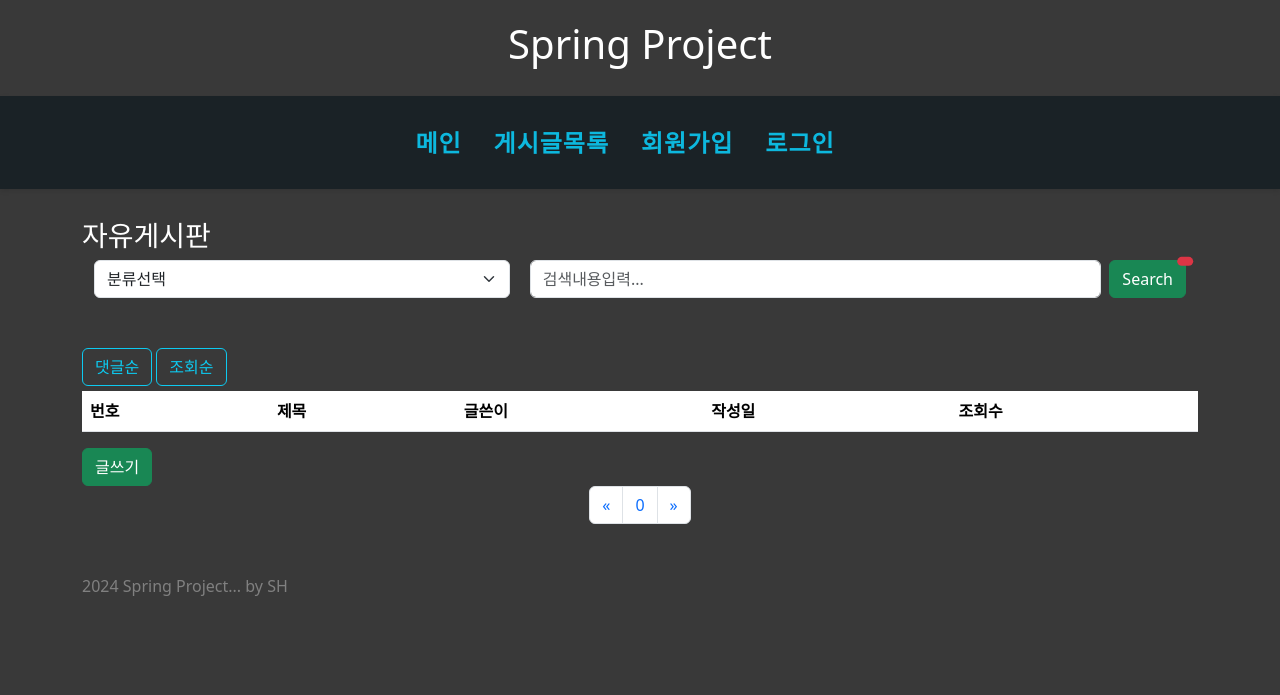
Repository: dtkd19/spring_personal_project
Page: http://localhost/myproject/WEB-INF/views/board/list.jsp
These files come from the project's save history. The page is drawn as it stood at one moment and after the next save; the edit follows.
The browser window is 1280 px wide. The pictures show the whole page.
The page is served by Tomcat 9. Nobody is signed in. The template is opened directly, without the code that normally fills it, so the values that code supplies are empty.

Above is the page before, as saved 2024-11-08 07:53:57.

After the next save:
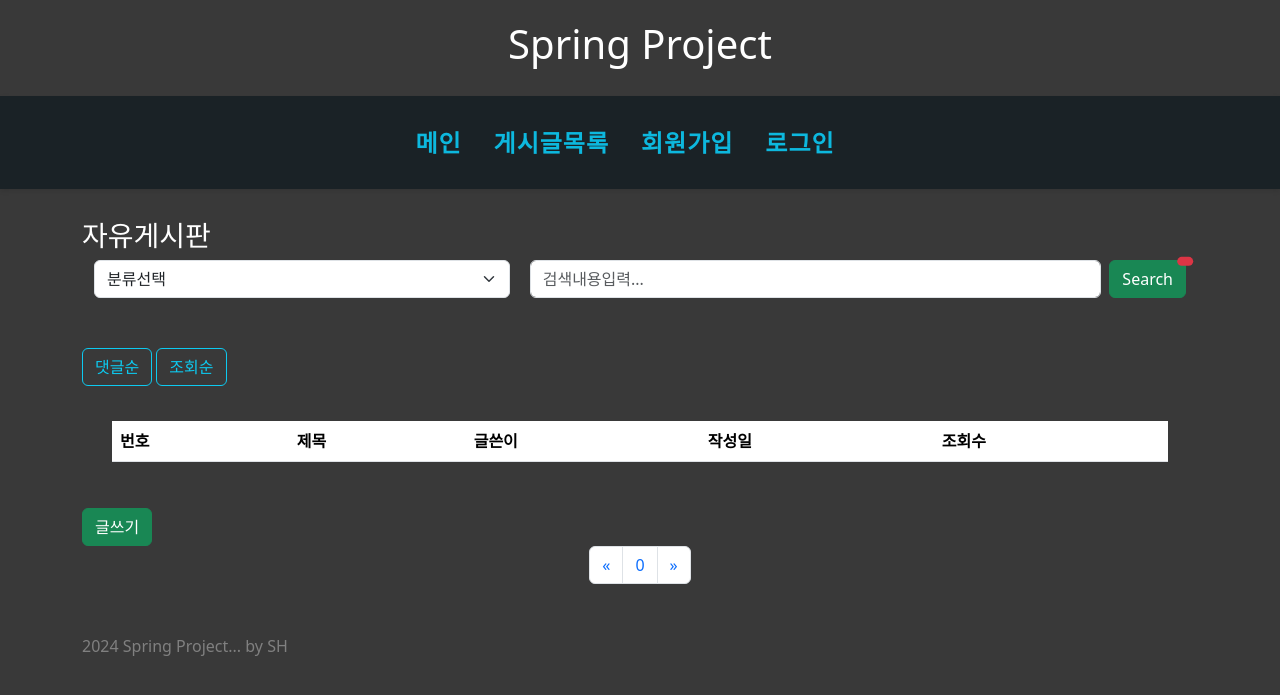
Saved 14 s later.
--- a/myproject/src/main/webapp/resources/css/list.css
+++ b/myproject/src/main/webapp/resources/css/list.css
@@ -5,7 +5,7 @@
 	margin-bottom: 5px;
 }
 
-.table{
-
+.tableBox{
+	padding: 30px;
 
 }

After the save that followed:
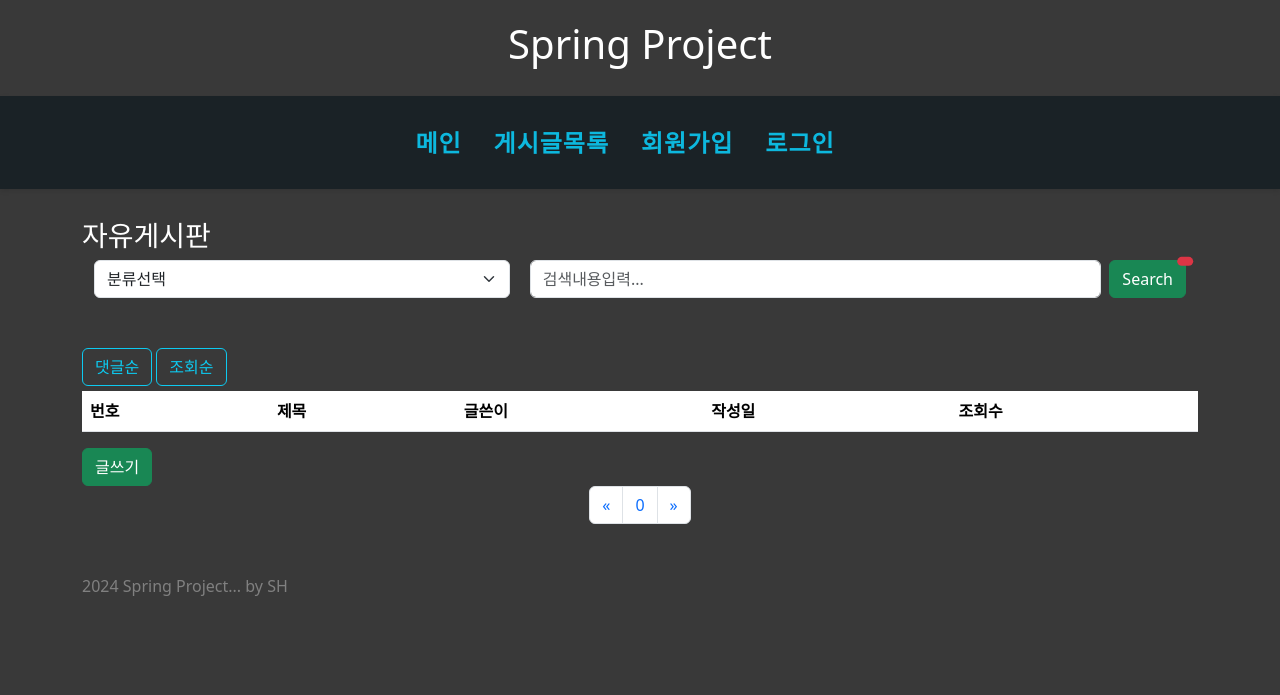
Saved 17 s later.
--- a/myproject/src/main/webapp/resources/css/list.css
+++ b/myproject/src/main/webapp/resources/css/list.css
@@ -5,7 +5,7 @@
 	margin-bottom: 5px;
 }
 
-.tableBox{
+.table{
 	padding: 30px;
 
 }
